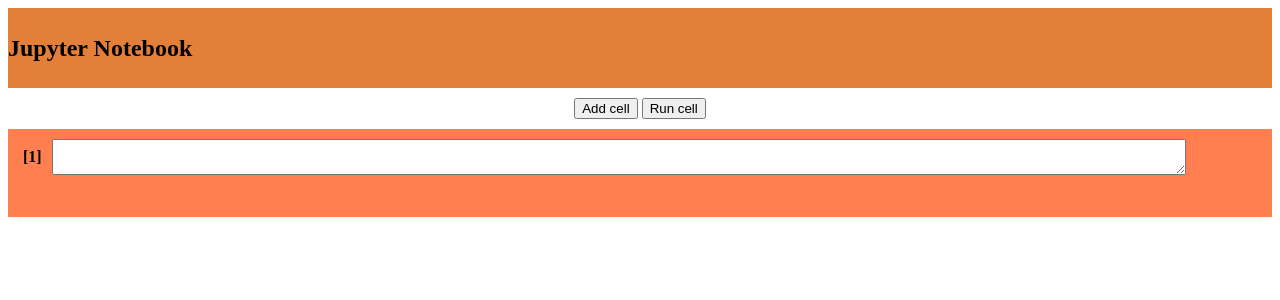
Repository: lingzi-liu/jupyter_notebook_prototype
Page: http://localhost/
An editor plug-in stored every save of this project. The page is shown before and after the next save, followed by the edit.
The browser window is 1280 px wide. The pictures show the whole page.
The page is served by the project's application, run on Flask 3 (app.py).

Above is the page before, as saved 2022-11-13 03:05:55.

### templates/index.html
<!DOCTYPE html>
<html lang="en">

<head>
    <meta charset="UTF-8">
    <meta http-equiv="X-UA-Compatible" content="IE=edge">
    <meta name="viewport" content="width=device-width, initial-scale=1.0">
    <link rel="stylesheet" href="../static/styles/style.css">
    <script defer src="../static/scripts/command_handler.js"></script>
    <script defer src="../static/scripts/script.js"></script>
    <title>Jupter Notebook</title>
</head>

<body>
    <!-- Navigation Bar -->
    <div id="nav">
        <h2>Jupyter Notebook</h2>
    </div>
    <!-- Button Bar -->
    <div id="commands">
        <div class="text-center">
            <!-- Add Cell allows you to add new code cells -->
            <!--Triggering a function addCell() when clicked -->
            <button onclick="addCell()">Add cell</button>
            <!-- Run Cell allows you to run the code in a selected cell -->
            <!--Triggering a function runCell() when clicked -->
            <button onclick="runCell()" id="run">Run cell</button>
        </div>
    </div>
    <!-- Cell list -->
    <div id="cell-list">
        <!-- Each cell is in separate division -->
        <!-- When clicked, the current cell should become the selected cell by triggering the function selectedCell(this) -->
        <div class="cell" id="1" onclick="selecteCell(this)">
            <h4>[1]</h4>
            <textarea onkeyup="do_resize(this);"></textarea>

            <!--a paragraph component below the cell box for the error message or result, if there is one
            -->
            <p></p>
        </div>
    </div>
</body>

</html>

### app.py
# Step1
from flask import Flask, request, render_template

from contextlib import redirect_stdout
import io
import ast # stands for abstract syntax tree

app = Flask(__name__)

# Step 3: Create a function evaluate_code(code) that takes in a string and returns the output
def evaluate_code(code):
    # Step2: Parse the input code
    parsed = ast.parse(code)


    # Context manager for temporarily redirecting sys.stdout to another file or file-like object.
    with redirect_stdout(io.StringIO()) as f:
        try:
            #
            for input in parsed.body:
                if type(input) == ast.Expr:
                    # eval() allows you to evaluate arbitrary Python expressions from a string-based or compiled-code-based input.
                    # diff: eval() only execute or evaluate expressions
                    result = eval(compile(ast.Expression(input.value), "<string>", "eval"), globals())
                    # show appropiate result
                    if result:
                        print(result)
                else:
                    # exec()can execute any piece of Python code.
                    exec(compile(ast.Module(body=[input], type_ignores=[]), "<string>", "exec"), globals())
        # If there is an exception, in the result print the exception with an error message
        except Exception as e:
            print('Error Occured!')
            print(e.__class__.__name__ + ' : ')
            print(e)


    return f.getvalue()


# Create a default ‘GET’ route for your flask object that directs you to the html page
@app.route('/',methods=['GET'])
def index():
    # Flask template
    # put index.html in templates folder otherwise it will throw a render_template error
    return render_template('index.html')

# Create ‘POST’ route that uses an evaluate function
@app.route('/evaluate', methods=['POST'])
def evaluate():
    # Step2: Extract the command from the json input
    data = request.json
    code = data['command']
    return {'result': evaluate_code(code)}

if __name__== '__main__':
    # set debug to true to see the log and applied changes
    app.run(port=8002, debug = True)

### static/styles/style.css
#nav {
  height: 80px;
  background-color: rgb(228, 127, 58);
  font-weight: bold;
  display: flex;
  align-items: center;
}

#nav h1 {
  margin: auto;
  color: white;
  font-family: Georgia, 'Times New Roman', Times, serif;
  text-align: center;
}

#commands {
  margin: 10px;
}

.cell {
  padding: 10px 5px;
  align-items: center;
  display: flex;
  flex-flow: row wrap;
}

.cell:hover {
  background-color: coral;
}

.cell h4 {
  display: inline-block;
  margin: 0;
  padding: 0 10px;
}

.cell textarea {
  width: 90%;
}

.cell p {
  width: 100%;
  margin-left: 40px;
}

.text-center {
  text-align: center;
}

### static/scripts/command_handler.js
// runCell() takes the code in the cell and outputs the result if there is a result or the error if there is an error
function runCell() {
    // disable the button from being run again until we process the current code
    runButton = document.getElementById('run');
    runButton.disabled = true;

    cellNum = document.getElementById(selectedCellNumber);
    // get text from the textarea
    text = cellNum.children[1].value;

    // Send the text to the python backend as a command
    // get the response from post request
    fetch('/evaluate', {
        method: 'POST',
        headers: {
            'Content-Type': 'application/json'
        },
        body: JSON.stringify({
            command: text
        })
    }).then((response) => response.json()).then((data) => {
        // Insert the response below the respective code cell as a string
        cellNum.children[2].innerText = data.result;

        // enable the button again
        runButton.disabled = false;
    });
}

### static/scripts/script.js
let selectedCellNumber = 1;
let maxCellNumber = 1;

function do_resize(textbox) {

    var maxrows = 50;
    var txt = textbox.value;
    var cols = textbox.cols;

    var arraytxt = txt.split('\n');
    var rows = arraytxt.length;

    for (i = 0; i < arraytxt.length; i++)
        rows += parseInt(arraytxt[i].length / cols);

    if (rows > maxrows) textbox.rows = maxrows;
    else textbox.rows = rows;
}

function selecteCell(cell) {
    if (selectedCellNumber) {
        document.getElementById(selectedCellNumber).style.backgroundColor = "white";
    }
    selectedCellNumber = cell.id;
    document.getElementById(selectedCellNumber).style.backgroundColor = "coral";
    console.log('cell selected: ', selectedCellNumber)
}

// automatically select the first cell
selecteCell(document.getElementById("1"))

function addCell() {
    maxCellNumber++;
    document.getElementById("cell-list").insertAdjacentHTML('beforeend',
        `<div class="cell" id="${maxCellNumber}" onclick="selecteCell(this)">
    <h4>[${maxCellNumber}]</h4>
    <textarea onkeyup="do_resize(this);"></textarea>
    <p></p>
    </div>`);
    selecteCell(document.getElementById(maxCellNumber));
}

After the next save:
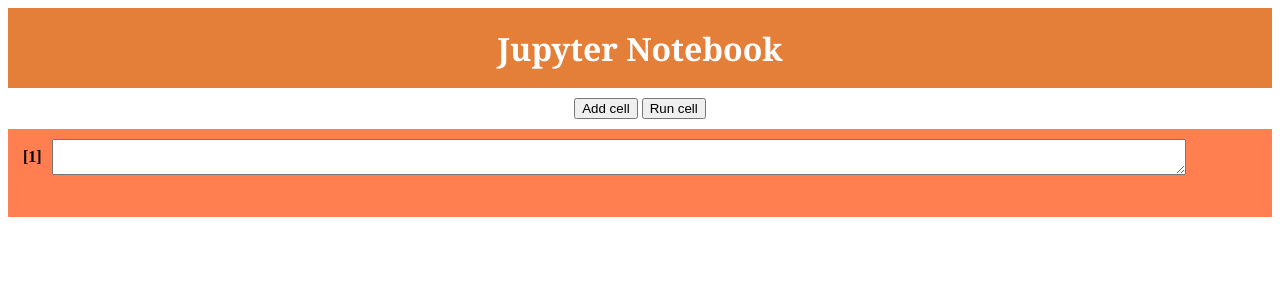
Saved 5 s later.
--- a/templates/index.html
+++ b/templates/index.html
@@ -14,7 +14,7 @@
 <body>
     <!-- Navigation Bar -->
     <div id="nav">
-        <h2>Jupyter Notebook</h2>
+        <h1>Jupyter Notebook</h1>
     </div>
     <!-- Button Bar -->
     <div id="commands">
